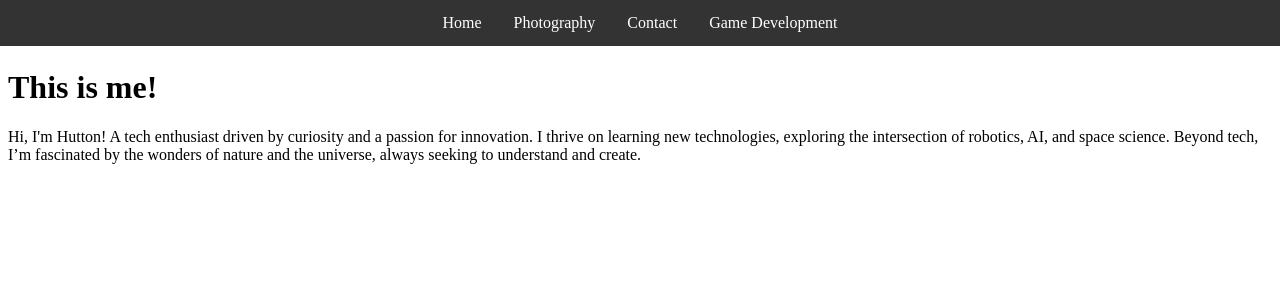
Repository: Argivist/ArgPortfolio
Page: index.html
These files come from the project's save history. The page is drawn as it stood at one moment and after the next save; the edit follows.
The browser window is 1280 px wide. The pictures show the whole page.

Above is the page before, as saved 2025-03-28 15:12:42.

### index.html
<!DOCTYPE html>
<html lang="en">

<head>
    <meta charset="UTF-8">
    <meta name="viewport" content="width=device-width, initial-scale=1.0">
    <link rel="stylesheet" href="css/styles.css">
    <link rel="stylesheet" href="css/nav.css">

    <title>Hutton Amison-Addy</title>
</head>

<body>
    <nav>
        <ul>
            <li class="nav-content"><a href="index.html">Home</a></li>
            <li class="nav-content"><a href="https://www.instagram.com/theworldinoneseye/">Photography</a></li>

            <li class="dropdown nav-content">
                <a href="contact.html">Contact</a>
                <ul class="dropdown-content">
                    <li><a href="https://www.linkedin.com/in/hutton-amison-addy-7b1b3b1b1/">LinkedIn</a></li>
                    <li><a href="https://www.github.com/Argivist">GitHub</a></li>
                    <li><a href="mailto:hutton.amison@ashesi.edu.gh">hutton.amison@ashesi.edu.gh</a></li>
                    <li><a href="mailto:huttonaaddy.public@gmail.com">huttonaaddy.public@gmail.com</a></li>
                </ul>
            </li>

            <li class="dropdown nav-content">
                <a href="#">Game Development</a>
                <ul class="dropdown-content">
                    <li><a href="game/index.html">Game Development Projects</a></li>
                    <li><a href="blender/index.html">Blender</a></li>
                </ul>
            </li>
        </ul>
    </nav>
    <div class="padding">
    </div>
        <div>
            <h1>This is me!</h1>
            <p class="desc">
                Hi, I'm Hutton! A tech enthusiast driven by curiosity and a passion for innovation. I thrive on learning new technologies, exploring the intersection of robotics, AI, and space science. Beyond tech, I’m fascinated by the wonders of nature and the universe, always seeking to understand and create.
            </p>
        </div>



</body>

</html>

### css/nav.css
/* NAV Content and Dropdown */
.nav-content {
    position: relative;
    display: inline-block;
}

.dropdown {
    position: relative; /* For proper absolute positioning of its child */
    display: inline-block;
}

.dropdown:hover .dropdown-content {
    display: block;
}

.dropdown-content {
    display: none;
    position: absolute; /* This makes it overlay other elements without affecting layout */
    background-color: #f9f9f9;
    min-width: 160px;
    box-shadow: 0px 8px 16px 0px rgba(0,0,0,0.2);
    z-index: 1;
}

/* Nav Stylisation */
nav {
    background-color: #333;
    position: fixed;
    top: 0;
    left: 0;
    width: 100vw;
    z-index: 100;
    display: flex;
    justify-content: center;  /* Centers the nav content horizontally */
    align-items: center;      /* Vertically centers items */
    margin: 0;
}

/* Reserve space for the fixed navbar */
.padding {
    height: 40px;  /* Adjust this value to match your navbar's height */
    top: 0;
    left: 0;
    width: 100%;
    bottom: 0;
}

/* Nav List Styles */
nav ul {
    list-style-type: none;
    margin: 0;
    padding: 0;
    display: flex;
}

nav ul li {
    display: inline-block;
    margin: 0;
    text-align: center;
}

/* Nav Links */
nav ul li a {
    display: block;
    color: white;
    text-align: center;
    padding: 14px 16px;
    text-decoration: none;
}

nav ul li a:hover {
    background-color: #111;
}

/* Optional: Ensure dropdown list items take full width */
.dropdown ul li {
    width: 100%;
}

Loaded but not shown: css/styles.css (no stored copy; drawn as an empty file)

After the next save:
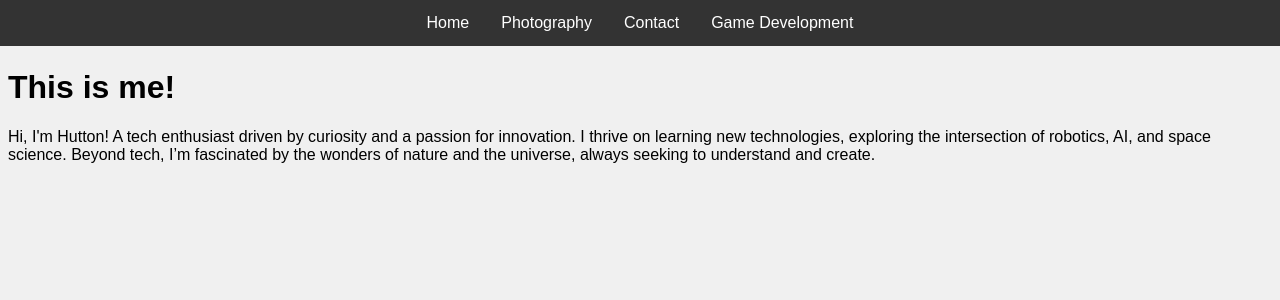
Saved 62 s later.
--- a/index.html
+++ b/index.html
@@ -8,6 +8,13 @@
     <link rel="stylesheet" href="css/nav.css">
 
     <title>Hutton Amison-Addy</title>
+
+    <style>
+        body{
+            background-color: #f0f0f0;
+            font-family: 'Arial', sans-serif;
+        }
+    </style>
 </head>
 
 <body>
